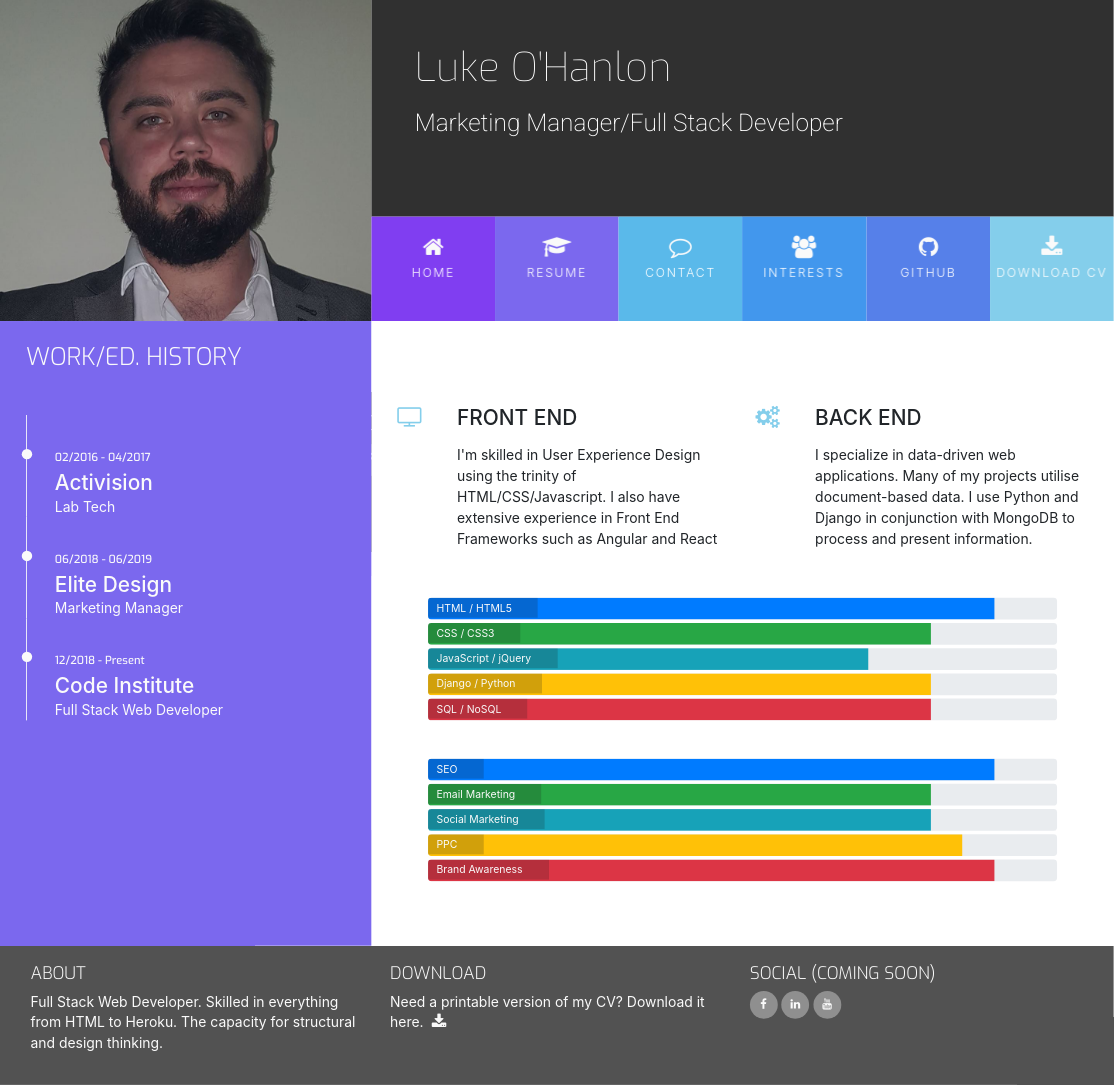
Repository: luke0han/my-resume
Page: resume.html
The author's editor kept a record of every edit. The page is drawn from the files as they stood at one moment, then again after the next edit.
The browser window is 1280 px wide. The pictures show the whole page, at 87% of full size.
Some web libraries are served in a nearby version.

Above is the page before.

After the next edit:
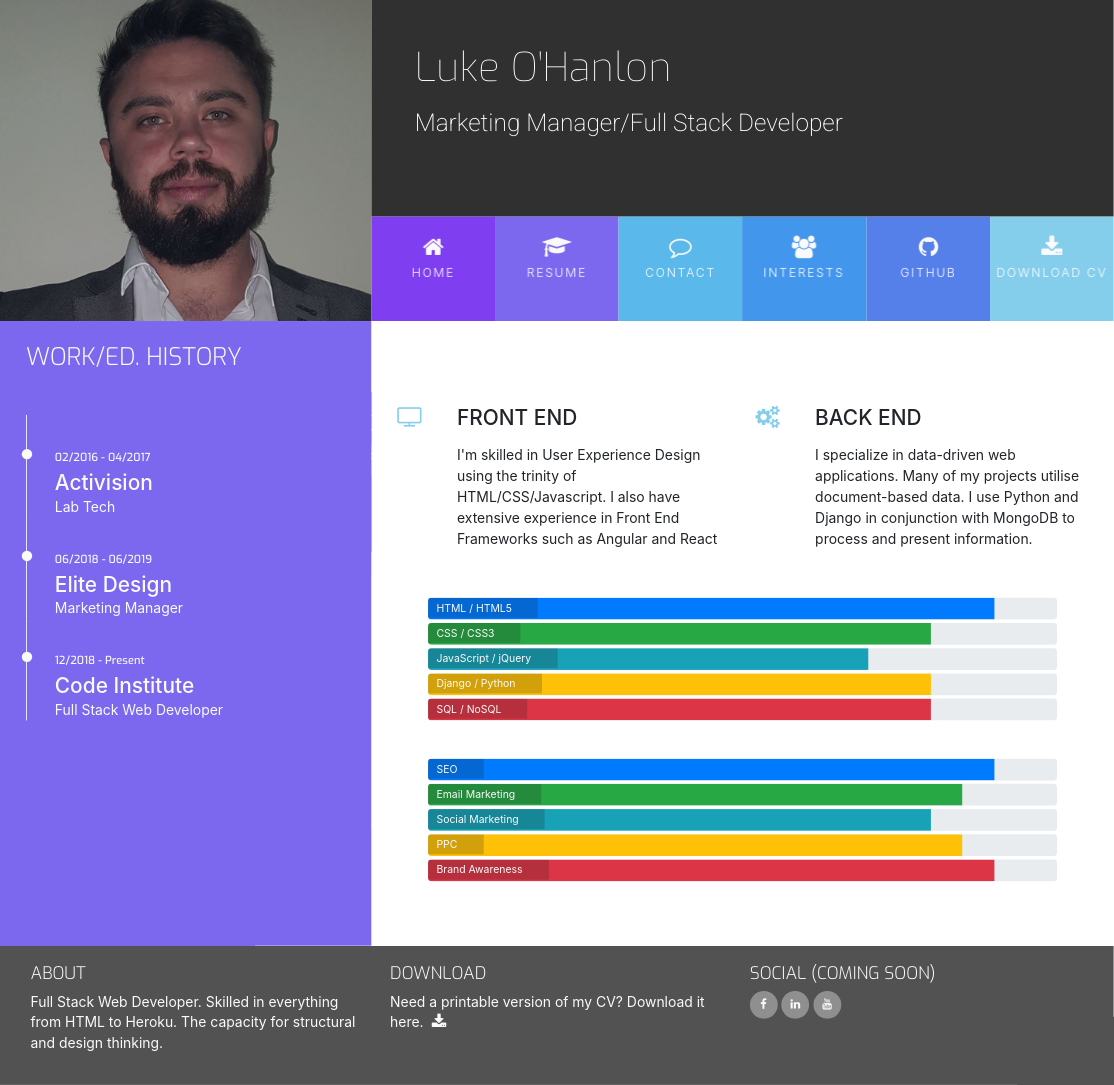
The edit:
--- a/resume.html
+++ b/resume.html
@@ -154,7 +154,7 @@
                             <span class="progress-type">SEO</span>
                         </div>
                         <div class="progress">
-                            <div class="progress-bar bg-success" role="progressbar" aria-valuenow="80" aria-valuemin="0" aria-valuemax="100" style="width:80%;">
+                            <div class="progress-bar bg-success" role="progressbar" aria-valuenow="80" aria-valuemin="0" aria-valuemax="100" style="width:85%;">
                                 <span class="sr-only">85% complete</span>
                             </div>
                             <span class="progress-type">Email Marketing</span>
